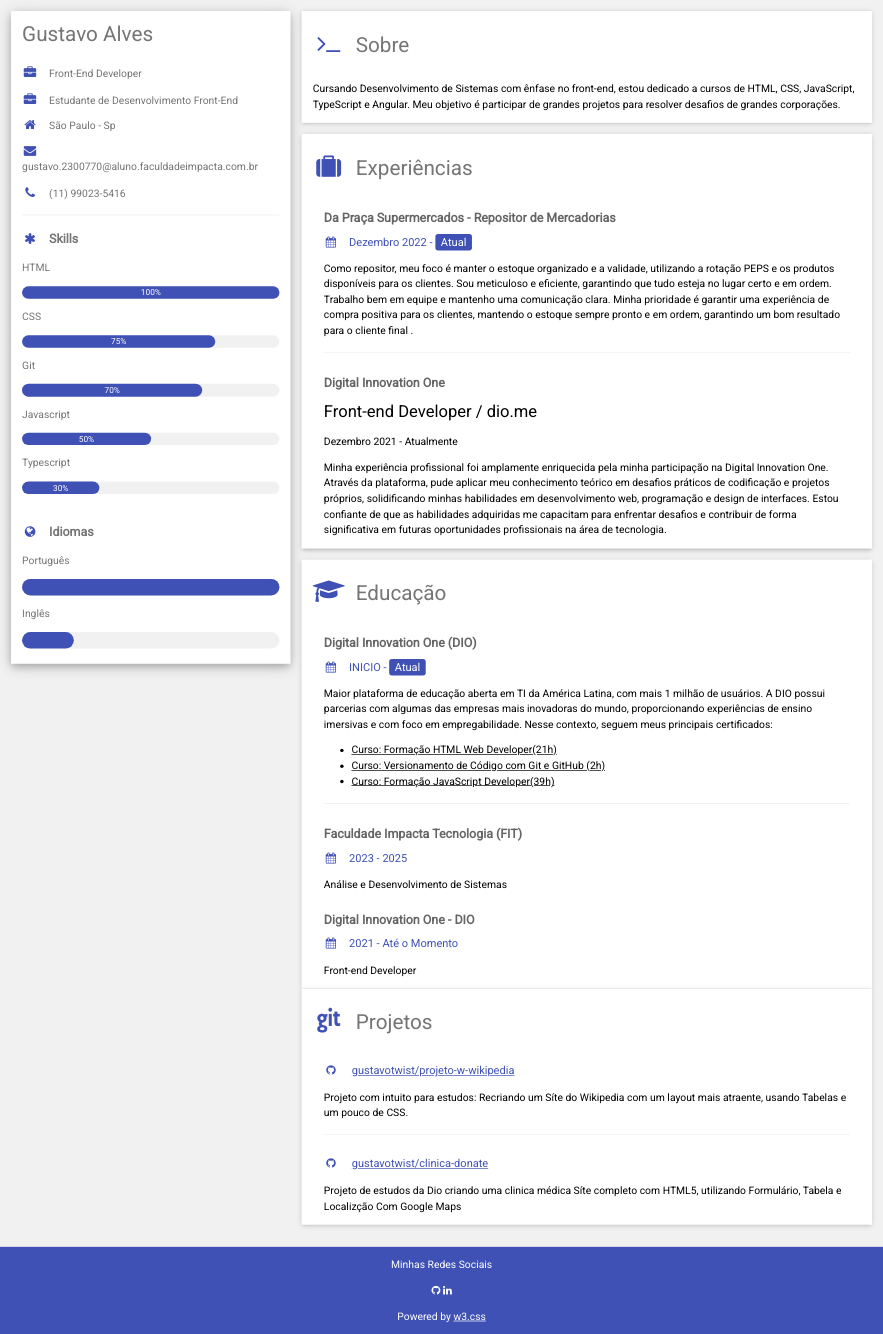
Repository: gustavotwist/cv
Page: index.html
An editor plug-in stored every save of this project. The page is shown before and after the next save, followed by the edit.
The browser window is 1280 px wide. The pictures show the whole page, at 69% of full size.

Above is the page before, as saved 2024-06-19 22:17:57.

### index.html
<!DOCTYPE html>
<!-- @falvojr: Reference article https://www.w3schools.com/howto/howto_website_create_resume.asp -->
<!-- @falvojr: Useful link to use fontawesome (fa) icons: https://fontawesome.com/v4/icons/ -->
<html lang="pt-BR">

  <head>
    <title>Gustavo Alves</title>

    <meta http-equiv="Content-Type" content="text/html; charset=UTF-8">
    <meta name="viewport" content="width=device-width, initial-scale=1">

    <link rel="stylesheet" href="https://www.w3schools.com/w3css/4/w3.css">
    <link rel='stylesheet' href='https://fonts.googleapis.com/css?family=Roboto'>
    <link rel="stylesheet" href="https://cdnjs.cloudflare.com/ajax/libs/font-awesome/4.7.0/css/font-awesome.min.css">

    <style>
      html,body,h1,h2,h3,h4,h5,h6 {font-family: "Roboto", sans-serif}
    </style>

  </head>

  <body class="w3-light-grey" cz-shortcut-listen="true">

    <!-- Page Container -->
    <div class="w3-content w3-margin-top" style="max-width:1400px;">

      <!-- The Grid -->
      <div class="w3-row-padding">

        <!-- Left Column -->
        <div class="w3-third">

          <div class="w3-white w3-text-grey w3-card-4">
            <!-- @falvojr: This container has been modified to not use a profile picture. -->
            <div class="w3-container">
              <h2>Gustavo Alves</h2>
            </div>
            <div class="w3-container">
              <p><i class="fa fa-briefcase fa-fw w3-margin-right w3-large w3-text-indigo"></i>Front-End Developer</p>
              <p><i class="fa fa-briefcase fa-fw w3-margin-right w3-large w3-text-indigo"></i>Estudante de Desenvolvimento Front-End</p>
              <p><i class="fa fa-home fa-fw w3-margin-right w3-large w3-text-indigo"></i>São Paulo - Sp</p>
              <p><i class="fa fa-envelope fa-fw w3-margin-right w3-large w3-text-indigo"></i>gustavo.2300770@aluno.faculdadeimpacta.com.br</p>
              <p><i class="fa fa-phone fa-fw w3-margin-right w3-large w3-text-indigo"></i>(11) 99023-5416</p>
              <hr>

              <p class="w3-large">
                <b><i class="fa fa-asterisk fa-fw w3-margin-right w3-text-indigo"></i>Skills</b>
              </p>
              <p>HTML</p>
              <div class="w3-light-grey w3-round-xlarge w3-small">
                <div class="w3-container w3-center w3-round-xlarge w3-indigo" style="width:100%">100%</div>
              </div>
              <p>CSS</p>
              <div class="w3-light-grey w3-round-xlarge w3-small">
                <div class="w3-container w3-center w3-round-xlarge w3-indigo" style="width:75%">75%</div>
              </div>
              <p>Git</p>
              <div class="w3-light-grey w3-round-xlarge w3-small">
                <div class="w3-container w3-center w3-round-xlarge w3-indigo" style="width:70%">70%</div>
              </div>
              <p>Javascript</p>
              <div class="w3-light-grey w3-round-xlarge w3-small">
                <div class="w3-container w3-center w3-round-xlarge w3-indigo" style="width:50%">50%</div>
              </div>
              <p>Typescript</p>
              <div class="w3-light-grey w3-round-xlarge w3-small">
                <div class="w3-container w3-center w3-round-xlarge w3-indigo" style="width:30%">30%</div>
              </div>
              <br>
              <p class="w3-large w3-text-theme">
                <b><i class="fa fa-globe fa-fw w3-margin-right w3-text-indigo"></i>Idiomas</b>
              </p>
              <p>Português</p>
              <div class="w3-light-grey w3-round-xlarge">
                <div class="w3-round-xlarge w3-indigo" style="height:24px;width:100%"></div>
              </div>
              <p>Inglês</p>
              <div class="w3-light-grey w3-round-xlarge">
                <div class="w3-round-xlarge w3-indigo" style="height:24px;width:20%"></div>
              </div>
              <br>
            </div>
          </div><br>

          <!-- End Left Column -->
        </div>

        <!-- Right Column -->
        <div class="w3-twothird">

          <div class="w3-container w3-card w3-white w3-margin-bottom">
            <h2 class="w3-text-grey w3-padding-16"><i class="fa fa-terminal fa-fw w3-margin-right w3-xxlarge w3-text-indigo"></i>Sobre</h2>
            <p>Cursando Desenvolvimento de Sistemas com ênfase no front-end, estou dedicado a cursos de HTML, CSS, JavaScript, TypeScript e Angular. Meu objetivo é participar de grandes projetos para resolver desafios de grandes corporações.</p>
          </div>

          <div class="w3-container w3-card w3-white w3-margin-bottom">
            <h2 class="w3-text-grey w3-padding-16">
              <i class="fa fa-suitcase fa-fw w3-margin-right w3-xxlarge w3-text-indigo"></i>Experiências
            </h2>
            <div class="w3-container">
              <h5 class="w3-opacity"><b>Da Praça Supermercados - Repositor de Mercadorias</b></h5>
              <h6 class="w3-text-indigo"><i class="fa fa-calendar fa-fw w3-margin-right"></i>Dezembro 2022 - <span class="w3-tag w3-indigo w3-round">Atual</span></h6>
              <p>Como repositor, meu foco é manter o estoque organizado e a validade, utilizando a rotação PEPS e os produtos disponíveis para os clientes. Sou meticuloso e eficiente, garantindo que tudo esteja no lugar certo e em ordem. Trabalho bem em equipe e mantenho uma comunicação clara. Minha prioridade é garantir uma experiência de compra positiva para os clientes, mantendo o estoque sempre pronto e em ordem, garantindo um bom resultado para o cliente final .</p>
              <hr>
            </div>
            <div class="w3-container">
              <h5 class="w3-opacity"><b>Digital Innovation One</b></h5>
                <h3 class="title">Front-end Developer / dio.me</h3>
                <p class="period">Dezembro 2021 - Atualmente</p>
                <p>
                    Minha experiência profissional foi amplamente enriquecida pela minha participação na Digital Innovation One. Através da plataforma, pude aplicar meu conhecimento teórico em desafios práticos de codificação e projetos próprios, solidificando minhas habilidades em desenvolvimento web, programação e design de interfaces. Estou confiante de que as habilidades adquiridas me capacitam para enfrentar desafios e contribuir de forma significativa em futuras oportunidades profissionais na área de tecnologia.
                </p>

            </div>
          </div>

          <div class="w3-container w3-card w3-white">
            <h2 class="w3-text-grey w3-padding-16">
              <i class="fa fa-graduation-cap fa-fw w3-margin-right w3-xxlarge w3-text-indigo"></i>Educação
            </h2>
            <div class="w3-container">
              <h5 class="w3-opacity"><b>Digital Innovation One (DIO)</b></h5>
              <h6 class="w3-text-indigo"><i class="fa fa-calendar fa-fw w3-margin-right"></i>INICIO - <span class="w3-tag w3-indigo w3-round">Atual</span></h6>
              <p>
                Maior plataforma de educação aberta em TI da América Latina, com mais 1 milhão de usuários.
                A DIO possui parcerias com algumas das empresas mais inovadoras do mundo, proporcionando experiências
                de ensino imersivas e com foco em empregabilidade. Nesse contexto, seguem meus principais certificados:
              </p>
              <ul>
                <li><a href="https://www.dio.me/certificate/VDSNYTO5" target="_blank">Curso: Formação HTML Web Developer(21h)</a></li>
                <li><a href="https://www.dio.me/certificate/EA66CA6A" target="_blank">Curso: Versionamento de Código com Git e GitHub (2h)</a></li>
                <li><a href="https://www.dio.me/certificate/OST0WIWG" target="_blank">Curso: Formação JavaScript Developer(39h)</a></li>
              </ul>
              <hr>
            </div>
            <div class="w3-container">
              <h5 class="w3-opacity"><b>Faculdade Impacta Tecnologia (FIT)</b></h5>
              <h6 class="w3-text-indigo"><i class="fa fa-calendar fa-fw w3-margin-right"></i>2023 - 2025</h6>
              <p>Análise e Desenvolvimento de Sistemas</p>
            </div>
            <div class="w3-container">
              <h5 class="w3-opacity"><b>Digital Innovation One - DIO</b></h5>
              <h6 class="w3-text-indigo"><i class="fa fa-calendar fa-fw w3-margin-right"></i>2021 - Até o Momento</h6>
              <p>Front-end Developer</p>
            </div>
          </div>

          <div class="w3-container w3-card w3-white w3-margin-bottom">
            <h2 class="w3-text-grey w3-padding-16">
              <i class="fa fa-git fa-fw w3-margin-right w3-xxlarge w3-text-indigo"></i>Projetos
            </h2>
            <div class="w3-container">
              <h6 class="w3-text-indigo">
                <i class="fa fa-github fa-fw w3-margin-right"></i>
                <a href="https://github.com/gustavotwist/projeto-w-wikipedia" target="_blank">gustavotwist/projeto-w-wikipedia</a>
              </h6>
              <p>Projeto com intuito para estudos: Recriando um Síte do Wikipedia com um layout mais atraente, usando Tabelas e um pouco de CSS.</p>
              <hr>
            </div>
            <div class="w3-container">
              <h6 class="w3-text-indigo">
                <i class="fa fa-github fa-fw w3-margin-right"></i>
                <a href="https://github.com/gustavotwist/clinica-donate" target="_blank">gustavotwist/clinica-donate</a>
              </h6>
              <p>Projeto de estudos da Dio criando uma clinica médica Síte completo com HTML5, utilizando Formulário, Tabela e Localizção Com Google Maps</p>
            </div>
          </div>

          <!-- End Right Column -->
        </div>

        <!-- End Grid -->
      </div>

      <!-- End Page Container -->
    </div>

    <footer class="w3-container w3-indigo w3-center w3-margin-top">
      <p>Minhas Redes Sociais</p>
      <a href="https://github.com/gustavotwist" target="_blank"><i class="fa fa-github w3-hover-opacity"></i></a>
      <a href="https://www.linkedin.com/in/gustavoalves7/" target="_blank"><i class="fa fa-linkedin w3-hover-opacity"></i></a>
      <p>Powered by <a href="https://www.w3schools.com/w3css/default.asp" target="_blank">w3.css</a></p>
    </footer>

  </body>

</html>

After the next save:
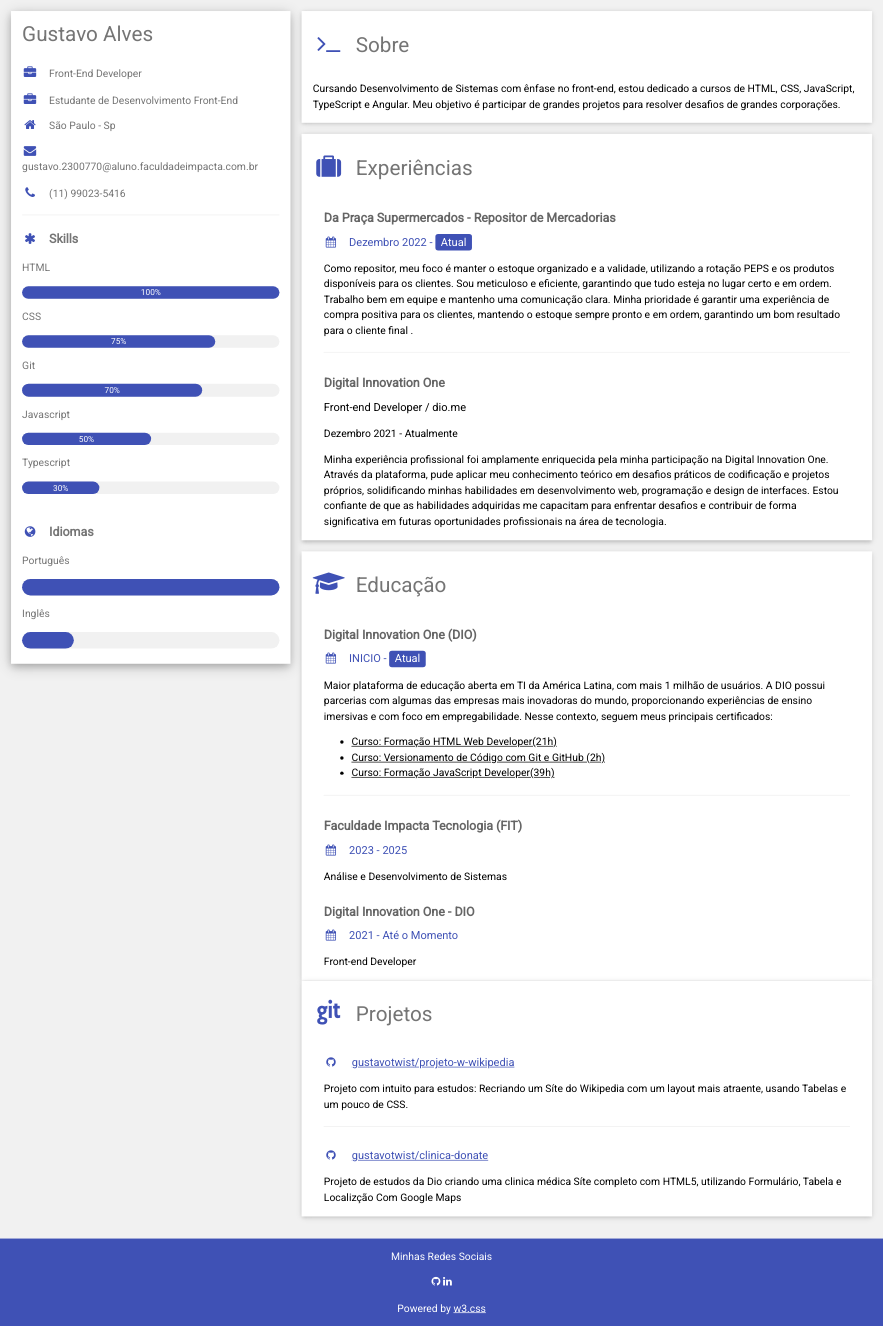
Saved 14 s later.
--- a/index.html
+++ b/index.html
@@ -105,7 +105,7 @@
             </div>
             <div class="w3-container">
               <h5 class="w3-opacity"><b>Digital Innovation One</b></h5>
-                <h3 class="title">Front-end Developer / dio.me</h3>
+                <h6 class="title">Front-end Developer / dio.me</h6>
                 <p class="period">Dezembro 2021 - Atualmente</p>
                 <p>
                     Minha experiência profissional foi amplamente enriquecida pela minha participação na Digital Innovation One. Através da plataforma, pude aplicar meu conhecimento teórico em desafios práticos de codificação e projetos próprios, solidificando minhas habilidades em desenvolvimento web, programação e design de interfaces. Estou confiante de que as habilidades adquiridas me capacitam para enfrentar desafios e contribuir de forma significativa em futuras oportunidades profissionais na área de tecnologia.
